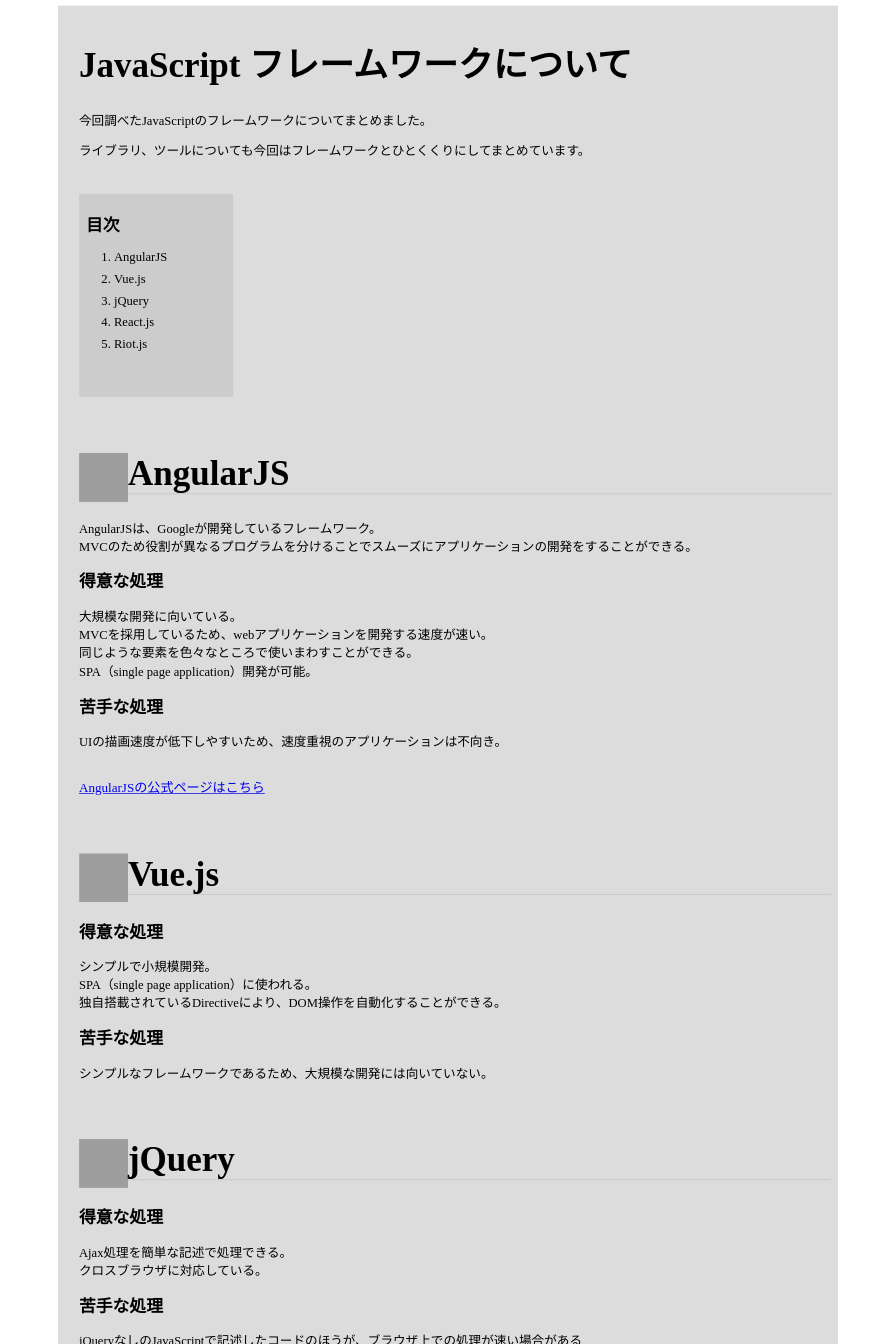
Repository: daichi-python/samurai_HTML_CSS
Page: Framework/index.html
The author's editor kept a record of every edit. The page is drawn from the files as they stood at one moment, then again after the next edit.
The browser window is 1280 px wide. The pictures show the part of the page from y = 0 to 1920 px (the page is 2729 px tall), at 70% of full size.
Pictures or frames that could not be fetched are drawn as grey boxes.

Above is the page before.

### Framework/index.html
<!DOCTYPE html>
<html lang="en">
<head>
    <meta charset="UTF-8">
    <meta name="viewport" content="width=device-width, initial-scale=1.0">
    <meta http-equiv="X-UA-Compatible" content="ie=edge">
    <link rel="stylesheet" href="stylesheet.css" type="text/css" />
    <title>JS Framework</title>
</head>
<body>
    <script type="text/javascript" src="main.js"></script>
    <div class="main">
        <h1>JavaScript フレームワークについて</h1>
        <p>今回調べたJavaScriptのフレームワークについてまとめました。</p>
        <p>ライブラリ、ツールについても今回はフレームワークとひとくくりにしてまとめています。</p>
        <div class="fw-list">
            <h2>目次</h2>
            <ol>
                <li>AngularJS</li>
                <li>Vue.js</li>
                <li>jQuery</li>
                <li>React.js</li>
                <li>Riot.js</li>
            </ol>
        </div>
        <div class="framework">
            <div class="fw angular">
                <img src="https://angular.io/assets/images/logos/angular/shield-large.svg"></img>
                <h1 id="angular">AngularJS</h1>
                <div class="detail">
                    <p>
                    AngularJSは、Googleが開発しているフレームワーク。<br>
                    MVCのため役割が異なるプログラムを分けることでスムーズにアプリケーションの開発をすることができる。
                    </p>
                    <h2>得意な処理</h2>
                    <p>
                        大規模な開発に向いている。<br>
                        MVCを採用しているため、webアプリケーションを開発する速度が速い。<br>
                        同じような要素を色々なところで使いまわすことができる。<br>
                        SPA（single page application）開発が可能。
                    </p>
                    <h2>苦手な処理</h2>
                    <p>
                        UIの描画速度が低下しやすいため、速度重視のアプリケーションは不向き。
                    </p>
                    <h3><a href="https://angular.jp/">AngularJSの公式ページはこちら<br></a></h3>
                </div>
            </div>
            <div class="fw vue">
                <img src="https://jp.vuejs.org/images/logo.svg"></img>
                <h1 id="vue.js">Vue.js</h1>
                <div class="detail">
                    <h2>得意な処理</h2>
                    <p>
                        シンプルで小規模開発。<br>
                        SPA（single page application）に使われる。<br>
                        独自搭載されているDirectiveにより、DOM操作を自動化することができる。
                    </p>
                    <h2>苦手な処理</h2>
                    <p>
                        シンプルなフレームワークであるため、大規模な開発には向いていない。
                    </p>
                </div>
            </div>
            <div class="fw jquery">
                <img src="https://pluspng.com/img-png/jquery-logo-png-jquery-logo-png-transparent-background-png-img-transparent-860x868.png"></img>
                <h1 id="jquery">jQuery</h1>
                <div class="detail">
                    <h2>得意な処理</h2>
                    <p>
                        Ajax処理を簡単な記述で処理できる。<br>
                        クロスブラウザに対応している。
                    </p>
                    <h2>苦手な処理</h2>
                    <p>jQueryなしのJavaScriptで記述したコードのほうが、ブラウザ上での処理が速い場合がある</p>
                </div>
            </div>
            <div class="fw react">
                <img src="data:[embedded picture, 514 characters]"></img>
                <h1 id="react">React.js</h1>
                <div class="detail">
                    <h2>得意な処理</h2>
                    <P>
                        仮想DOMを使える。<br>
                        大規模なアプリケーションに向いている。<br>
                        UIを作ることに特化。
                    </P>
                    <h2>苦手な処理</h2>
                    <p>
                        Ajax処理が苦手。
                    </p>
                </div>
            </div>
            <div class="fw riot">
                <img src="https://riot.js.org/img/logo/square.svg"></img>
                <h1 id="riot">Riot.js</h1>
                <div class="detail">
                    <h2>得意な処理</h2>
                    <p>
                    </p>
                    <h2>苦手な処理</h2>
                    <p>
                    </p>
                </div>
            </div>
        </div>
    </div>
    <footer>

    </footer>
</body>
</html>

### Framework/stylesheet.css
.main {
    width: 85%;
    margin: 0 auto;
    padding: 10px 10px 0 30px;
    background-color: #DCDCDC;
}

.main h1 {
    font-size: 50px;
}

.main p {
    font-size: 18px;
}

.fw-list {
    background-color: #CCCCCC;
    width: 200px;
    height: 280px;
    margin: 50px 0;
    padding: 5px 10px;
}

.fw-list li {
    font-size: 18px;
    padding-bottom: 10px;
}

.framework {
    margin: 80px 0;
}

.framework h3 {
    font-weight: normal;
    padding-top: 20px;
}

.fw {
    padding-bottom: 30px;
}

.fw img {
    width: 70px;
    height: 70px;
    float: left;
}

.fw h1 {
    font-size: 50px;
    border-bottom: 1px solid #C0C0C0;
}

Loaded but not shown: Framework/main.js (no stored copy; drawn as an empty file)

After the next edit:
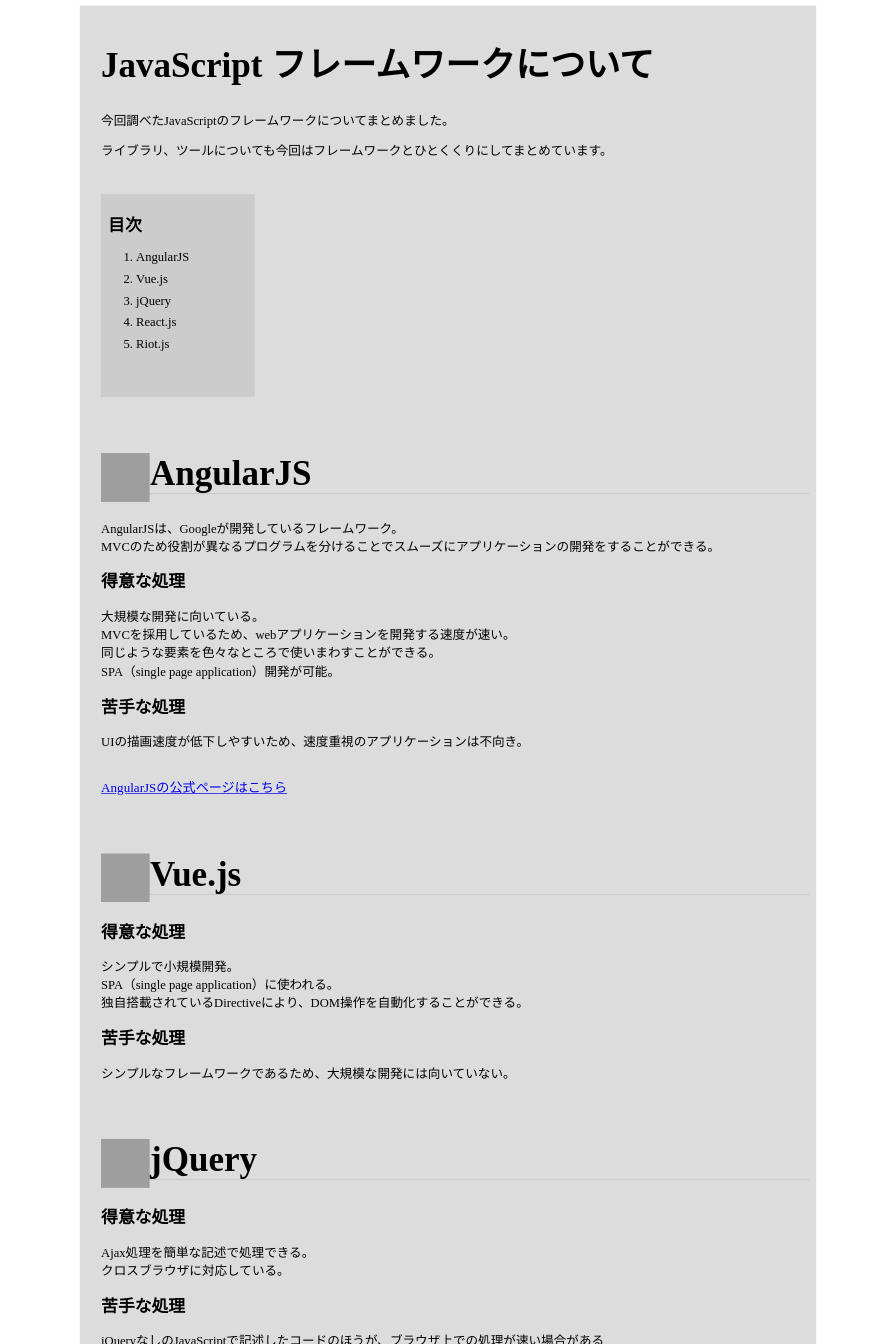
The edit:
--- a/Framework/stylesheet.css
+++ b/Framework/stylesheet.css
@@ -1,5 +1,5 @@
 .main {
-    width: 85%;
+    width: 80%;
     margin: 0 auto;
     padding: 10px 10px 0 30px;
     background-color: #DCDCDC;
